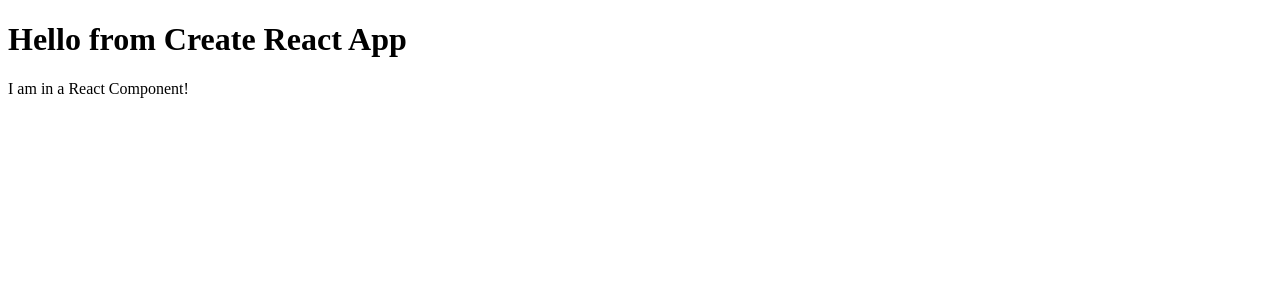
Repository: kennedyowusu/react-todo-app
Page: /
The author's editor kept a copy of each file at every save. The page is drawn from the files as they stood at one save, then again after the next save.
The browser window is 1280 px wide. The pictures show the whole page.
The project was rebuilt for these pictures with package versions that can differ from the ones it lists, and the page was loaded fresh each time.

Above is the page before, as saved 2023-01-16 10:36:18.

After the next save:
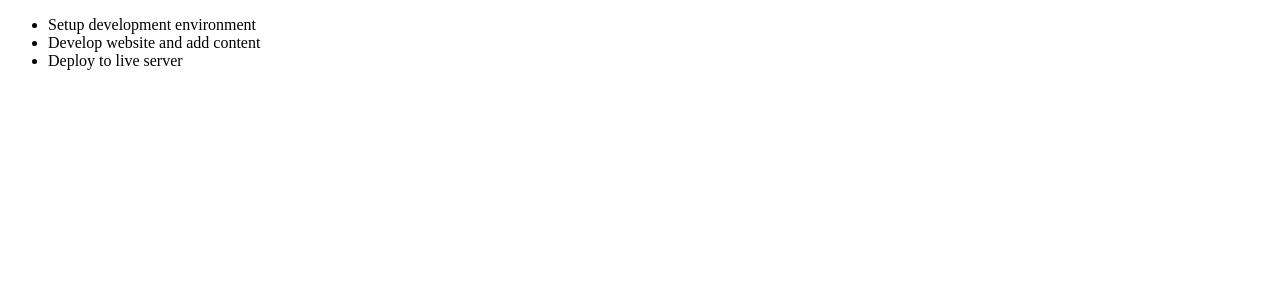
Saved 12 s later.
--- a/src/components/TodoContainer.js
+++ b/src/components/TodoContainer.js
@@ -23,10 +23,11 @@
 
   render() {
     return (
-      <div>
-        <h1>Hello from Create React App</h1>
-        <p>I am in a React Component!</p>
-      </div>
+      <ul>
+        {this.state.todos.map((todo) => (
+          <li>{todo.title}</li>
+        ))}
+      </ul>
     )
   }
 }
